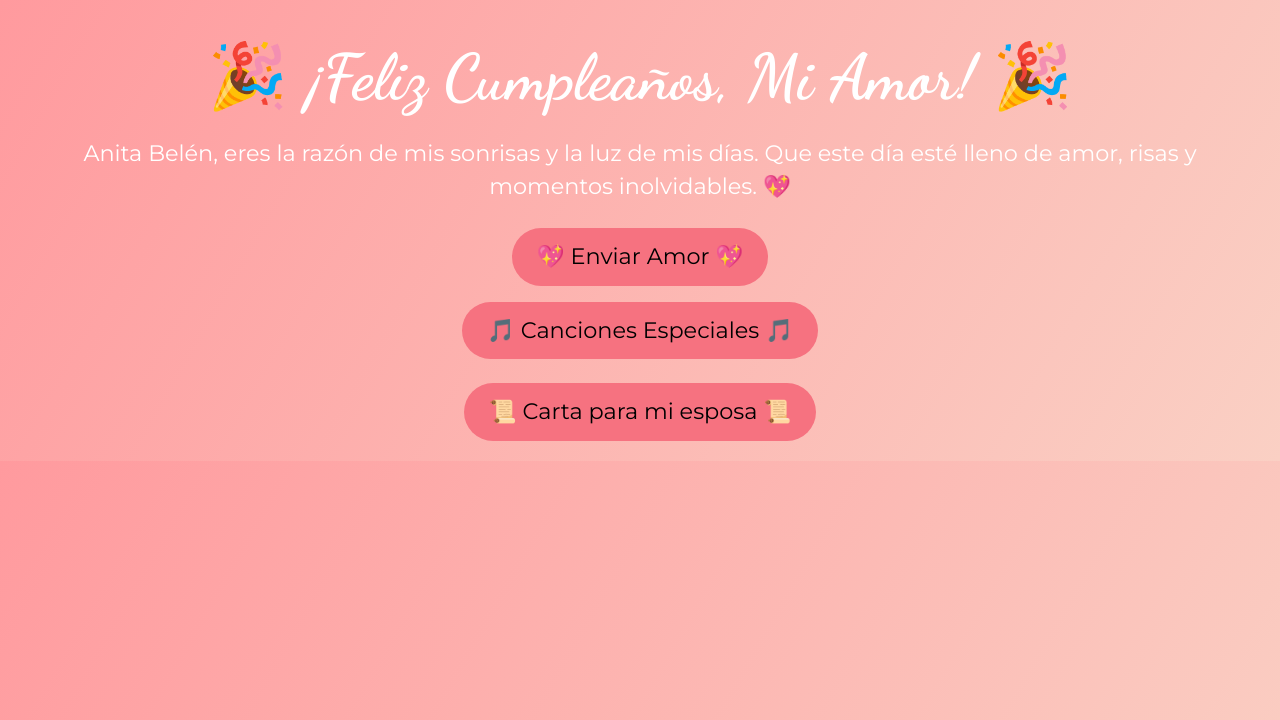
Repository: Jchimbo99/Esposa
Page: index.html
The author's editor kept a copy of each file at every save. The page is drawn from the files as they stood at one save, then again after a run of saves.
The browser window is 1280 px wide. The pictures show the whole page.

Above is the page before, as saved 2025-01-24 10:10:49.

### index.html
<!DOCTYPE html>
<html lang="en">
<head>
    <meta charset="UTF-8">
    <meta name="viewport" content="width=device-width, initial-scale=1.0">
    <title>¡Feliz Cumpleaños, Amor!</title>
    <!-- Bootstrap CSS -->
    <link href="https://cdn.jsdelivr.net/npm/bootstrap@5.3.0-alpha3/dist/css/bootstrap.min.css" rel="stylesheet">
    <!-- Google Fonts -->
    <link href="https://fonts.googleapis.com/css2?family=Dancing+Script:wght@700&family=Montserrat:wght@400;700&display=swap" rel="stylesheet">
    <!-- Custom CSS -->
    <style>
        body {
            background: linear-gradient(120deg, #ff9a9e, #fad0c4);
            font-family: 'Montserrat', sans-serif;
            color: #fff;
            text-align: center;
            padding: 20px;
        }
        h1 {
            font-family: 'Dancing Script', cursive;
            font-size: 4rem;
            margin-top: 20px;
        }
        p {
            font-size: 1.4rem;
            margin: 20px 0;
        }
        .btn-custom {
            background-color: #f67280;
            border: none;
            color: black; /* Cambiar el color de las letras a negro */
            padding: 12px 25px; /* Aumentar el tamaño del botón */
            font-size: 1.4rem; /* Aumentar el tamaño de la fuente */
            font-family: 'Montserrat', sans-serif; /* Fuente elegante */
            border-radius: 50px;
            transition: transform 0.3s, box-shadow 0.3s;
        }

        .btn-custom:hover {
            background-color: #c06c84;
            transform: scale(1.1);
            box-shadow: 0 4px 15px rgba(0, 0, 0, 0.2);
        }

        .video-container {
            display: none;
            margin-top: 20px;
        }

        iframe {
            width: 100%;
            max-width: 560px;
            height: 315px;
            border: none;
            margin-bottom: 20px;
        }

        /* Carta Animación */
        #cartaContainer {
            display: none;
            width: 100%;
            max-width: 600px;
            margin: 0 auto;
            text-align: center;
        }

        .carta-img {
            width: 100%;
            max-width: 300px;
            cursor: pointer;
            transition: transform 0.3s ease-in-out;
        }

        .carta-img.opened {
            transform: rotateY(180deg);
        }

        .carta {
            display: none;
            padding: 20px;
            background-color: #fff;
            color: #000;
            font-family: 'Dancing Script', cursive;
            border-radius: 10px;
            margin-top: 20px;
            box-shadow: 0px 4px 20px rgba(0, 0, 0, 0.1);
        }

        .carta p {
            font-size: 1.5rem;
            line-height: 1.6;
        }

        .carta .signature {
            font-size: 1.3rem;
            font-weight: bold;
            margin-top: 20px;
        }
    </style>
</head>
<body>
    <div class="container">
        <h1>🎉 ¡Feliz Cumpleaños, Mi Amor! 🎉</h1>
        <p>Anita Belén, eres la razón de mis sonrisas y la luz de mis días. Que este día esté lleno de amor, risas y momentos inolvidables. 💖</p>

        <div class="mt-4">
            <button class="btn btn-custom" onclick="generateHeartsAndPhrases()">💖 Enviar Amor 💖</button>
        </div>


        <div class="mt-3">
            <button class="btn btn-custom" onclick="toggleVideos()">🎵 Canciones Especiales 🎵</button>
        </div>

        <div id="videoContainer" class="video-container">
            <iframe width="560" height="315" src="https://www.youtube.com/embed/xvVUPGI8Kgo?si=GNEWsJaVjt3SjVSy" title="YouTube video player" frameborder="0" allow="accelerometer; autoplay; clipboard-write; encrypted-media; gyroscope; picture-in-picture; web-share" referrerpolicy="strict-origin-when-cross-origin" allowfullscreen></iframe>
            <iframe width="560" height="315" src="https://www.youtube.com/embed/nRUtraoH6Yg?si=6tFNvlgnT6he9E5Q" title="YouTube video player" frameborder="0" allow="accelerometer; autoplay; clipboard-write; encrypted-media; gyroscope; picture-in-picture; web-share" referrerpolicy="strict-origin-when-cross-origin" allowfullscreen></iframe>
            <div class="mt-3">
                <a href="/audio/Mon Laferte - Amor Completo.mp3" download="/audio" class="btn btn-custom">🎶 Descargar Música con mucho amor para mi Esposa 🎶</a>
            </div>
        </div>

        <!-- Nuevo botón para abrir la carta -->
        <div class="mt-4">
            <button class="btn btn-custom" onclick="openCarta()">📜 Carta para mi esposa 📜</button>
        </div>

        <!-- Contenedor de la carta -->
        <div id="cartaContainer">

            <div id="carta" class="carta">
                <p>Mi amor,</p>
                <p>Querida Anita Belén:
                    Hoy, en el día de tu cumpleaños, quiero escribirte desde lo más profundo de mi corazón, porque no hay palabras suficientes para describir cuánto significas para mí. Eres mucho más que mi esposa; eres mi compañera de vida, mi apoyo incondicional y el mayor regalo que Dios me ha dado.
                    Quiero agradecerte, mi amor, por ser esa mujer increíble que nunca deja de sorprenderme con su bondad, su paciencia y su fortaleza. Por cada sonrisa que me regalas, por cada palabra de aliento y por cada vez que me demuestras que el amor verdadero existe. En cada día de nuestra vida juntos, tú has sido mi razón para seguir adelante, incluso cuando la vida me pone retos.
                    Gracias, Anita Belén, por cuidarme con tanto amor y dedicación, especialmente en los momentos difíciles. Por esas noches en las que velas por mí, por tus manos que me sostienen, por tu corazón lleno de amor que nunca se cansa de dar. Tu cariño es mi mayor bendición, y en tus ojos encuentro la paz que necesito para enfrentar cualquier cosa.
                    Hoy, en tu día, le pido a Dios que te llene de salud, alegría y muchos años más de vida. Que cada sonrisa tuya se multiplique, que cada deseo de tu corazón se cumpla, y que todas las bendiciones que me das se te devuelvan al triple. Porque si alguien merece ser feliz, eres tú, mi reina.
                    Quiero que sepas que, aunque no siempre pueda expresarlo como quisiera, cada día te amo más. Eres mi todo, mi motivo, mi milagro. Hoy celebro tu vida, y le doy gracias a Dios por permitirme compartirla contigo.
                    Te amo con todo mi corazón. ¡Feliz cumpleaños, mi hermosa Anita Belén!</p>
                <p class="signature">Con todo mi amor, [RUEDITAS]</p>
            </div>
        </div>
    </div>

    <!-- Bootstrap JS -->
    <script src="https://cdn.jsdelivr.net/npm/bootstrap@5.3.0-alpha3/dist/js/bootstrap.bundle.min.js"></script>
    <!-- Custom JavaScript -->
    <script>
        const phrases = [
            "Eres mi sol en días nublados ☀️",
            "Te amo más de lo que las palabras pueden decir ❤️",
            "Gracias por hacer mi vida tan especial 🌟",
            "Eres el sueño del que nunca quiero despertar 💕",
            "Hoy celebramos el regalo más hermoso: tú 🎁"
        ];

        function generateHeartsAndPhrases() {
            const body = document.body;

            for (let i = 0; i < 20; i++) {
                const heart = document.createElement('div');
                heart.className = 'heart';
                heart.innerHTML = '❤️';
                heart.style.left = Math.random() * 100 + 'vw';
                heart.style.fontSize = Math.random() * 1.5 + 1 + 'rem';
                heart.style.animationDelay = Math.random() * 2 + 's';
                body.appendChild(heart);

                const phrase = document.createElement('div');
                phrase.className = 'phrase';
                phrase.innerHTML = phrases[Math.floor(Math.random() * phrases.length)];
                phrase.style.left = Math.random() * 100 + 'vw';
                phrase.style.animationDelay = Math.random() * 2 + 's';
                body.appendChild(phrase);

                setTimeout(() => {
                    heart.remove();
                    phrase.remove();
                }, 6000);
            }
        }

        function toggleVideos() {
            const videoContainer = document.getElementById('videoContainer');
            videoContainer.style.display = videoContainer.style.display === 'none' || videoContainer.style.display === '' ? 'block' : 'none';
        }

        function openCarta() {
            // Muestra el contenedor de la carta
            document.getElementById('cartaContainer').style.display = 'block';

            // Muestra la carta con un pequeño retraso para simular la animación de apertura
            setTimeout(() => {
                document.getElementById('carta').style.display = 'block';
            }, 200);
        }
    </script>
</body>
</html>

After the next 2 saves:
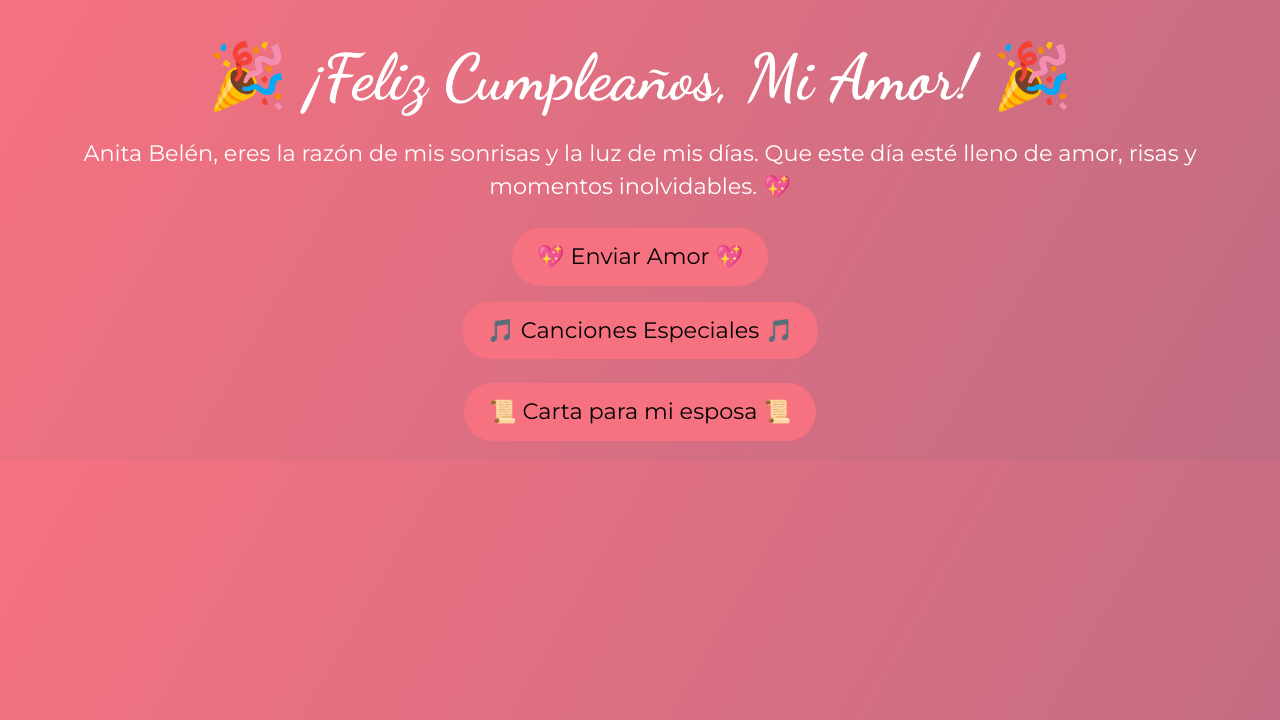
The 2 saves are shown as one change because they came seconds apart.
The last was saved 2 min 11 s later.
--- a/index.html
+++ b/index.html
@@ -16,16 +16,26 @@
             color: #fff;
             text-align: center;
             padding: 20px;
-        }
+            animation: backgroundPulse 3s infinite alternate;
+        }
+
+        @keyframes backgroundPulse {
+            0% { background: linear-gradient(120deg, #ff9a9e, #fad0c4); }
+            100% { background: linear-gradient(120deg, #f67280, #c06c84); }
+        }
+
         h1 {
             font-family: 'Dancing Script', cursive;
             font-size: 4rem;
             margin-top: 20px;
-        }
+            color: #fff;
+        }
+
         p {
             font-size: 1.4rem;
             margin: 20px 0;
         }
+
         .btn-custom {
             background-color: #f67280;
             border: none;
@@ -54,6 +64,11 @@
             height: 315px;
             border: none;
             margin-bottom: 20px;
+            transition: transform 0.3s ease;
+        }
+
+        iframe:hover {
+            transform: scale(1.05);
         }
 
         /* Carta Animación */
@@ -63,6 +78,12 @@
             max-width: 600px;
             margin: 0 auto;
             text-align: center;
+            animation: slideIn 0.5s ease-out;
+        }
+
+        @keyframes slideIn {
+            0% { transform: translateY(-100px); opacity: 0; }
+            100% { transform: translateY(0); opacity: 1; }
         }
 
         .carta-img {
@@ -85,6 +106,12 @@
             border-radius: 10px;
             margin-top: 20px;
             box-shadow: 0px 4px 20px rgba(0, 0, 0, 0.1);
+            animation: fadeIn 1s ease-in-out;
+        }
+
+        @keyframes fadeIn {
+            0% { opacity: 0; }
+            100% { opacity: 1; }
         }
 
         .carta p {
@@ -97,6 +124,7 @@
             font-weight: bold;
             margin-top: 20px;
         }
+
     </style>
 </head>
 <body>
@@ -108,7 +136,6 @@
             <button class="btn btn-custom" onclick="generateHeartsAndPhrases()">💖 Enviar Amor 💖</button>
         </div>
 
-
         <div class="mt-3">
             <button class="btn btn-custom" onclick="toggleVideos()">🎵 Canciones Especiales 🎵</button>
         </div>
@@ -128,16 +155,15 @@
 
         <!-- Contenedor de la carta -->
         <div id="cartaContainer">
-
             <div id="carta" class="carta">
                 <p>Mi amor,</p>
-                <p>Querida Anita Belén:
-                    Hoy, en el día de tu cumpleaños, quiero escribirte desde lo más profundo de mi corazón, porque no hay palabras suficientes para describir cuánto significas para mí. Eres mucho más que mi esposa; eres mi compañera de vida, mi apoyo incondicional y el mayor regalo que Dios me ha dado.
-                    Quiero agradecerte, mi amor, por ser esa mujer increíble que nunca deja de sorprenderme con su bondad, su paciencia y su fortaleza. Por cada sonrisa que me regalas, por cada palabra de aliento y por cada vez que me demuestras que el amor verdadero existe. En cada día de nuestra vida juntos, tú has sido mi razón para seguir adelante, incluso cuando la vida me pone retos.
-                    Gracias, Anita Belén, por cuidarme con tanto amor y dedicación, especialmente en los momentos difíciles. Por esas noches en las que velas por mí, por tus manos que me sostienen, por tu corazón lleno de amor que nunca se cansa de dar. Tu cariño es mi mayor bendición, y en tus ojos encuentro la paz que necesito para enfrentar cualquier cosa.
-                    Hoy, en tu día, le pido a Dios que te llene de salud, alegría y muchos años más de vida. Que cada sonrisa tuya se multiplique, que cada deseo de tu corazón se cumpla, y que todas las bendiciones que me das se te devuelvan al triple. Porque si alguien merece ser feliz, eres tú, mi reina.
-                    Quiero que sepas que, aunque no siempre pueda expresarlo como quisiera, cada día te amo más. Eres mi todo, mi motivo, mi milagro. Hoy celebro tu vida, y le doy gracias a Dios por permitirme compartirla contigo.
-                    Te amo con todo mi corazón. ¡Feliz cumpleaños, mi hermosa Anita Belén!</p>
+                <p>Querida Anita Belén:</p>
+                <p>Hoy, en el día de tu cumpleaños, quiero escribirte desde lo más profundo de mi corazón, porque no hay palabras suficientes para describir cuánto significas para mí. Eres mucho más que mi esposa; eres mi compañera de vida, mi apoyo incondicional y el mayor regalo que Dios me ha dado.</p>
+                <p>Quiero agradecerte, mi amor, por ser esa mujer increíble que nunca deja de sorprenderme con su bondad, su paciencia y su fortaleza. Por cada sonrisa que me regalas, por cada palabra de aliento y por cada vez que me demuestras que el amor verdadero existe. En cada día de nuestra vida juntos, tú has sido mi razón para seguir adelante, incluso cuando la vida me pone retos.</p>
+                <p>Gracias, Anita Belén, por cuidarme con tanto amor y dedicación, especialmente en los momentos difíciles. Por esas noches en las que velas por mí, por tus manos que me sostienen, por tu corazón lleno de amor que nunca se cansa de dar. Tu cariño es mi mayor bendición, y en tus ojos encuentro la paz que necesito para enfrentar cualquier cosa.</p>
+                <p>Hoy, en tu día, le pido a Dios que te llene de salud, alegría y muchos años más de vida. Que cada sonrisa tuya se multiplique, que cada deseo de tu corazón se cumpla, y que todas las bendiciones que me das se te devuelvan al triple. Porque si alguien merece ser feliz, eres tú, mi reina.</p>
+                <p>Quiero que sepas que, aunque no siempre pueda expresarlo como quisiera, cada día te amo más. Eres mi todo, mi motivo, mi milagro. Hoy celebro tu vida, y le doy gracias a Dios por permitirme compartirla contigo.</p>
+                <p>Te amo con todo mi corazón. ¡Feliz cumpleaños, mi hermosa Anita Belén!</p>
                 <p class="signature">Con todo mi amor, [RUEDITAS]</p>
             </div>
         </div>
